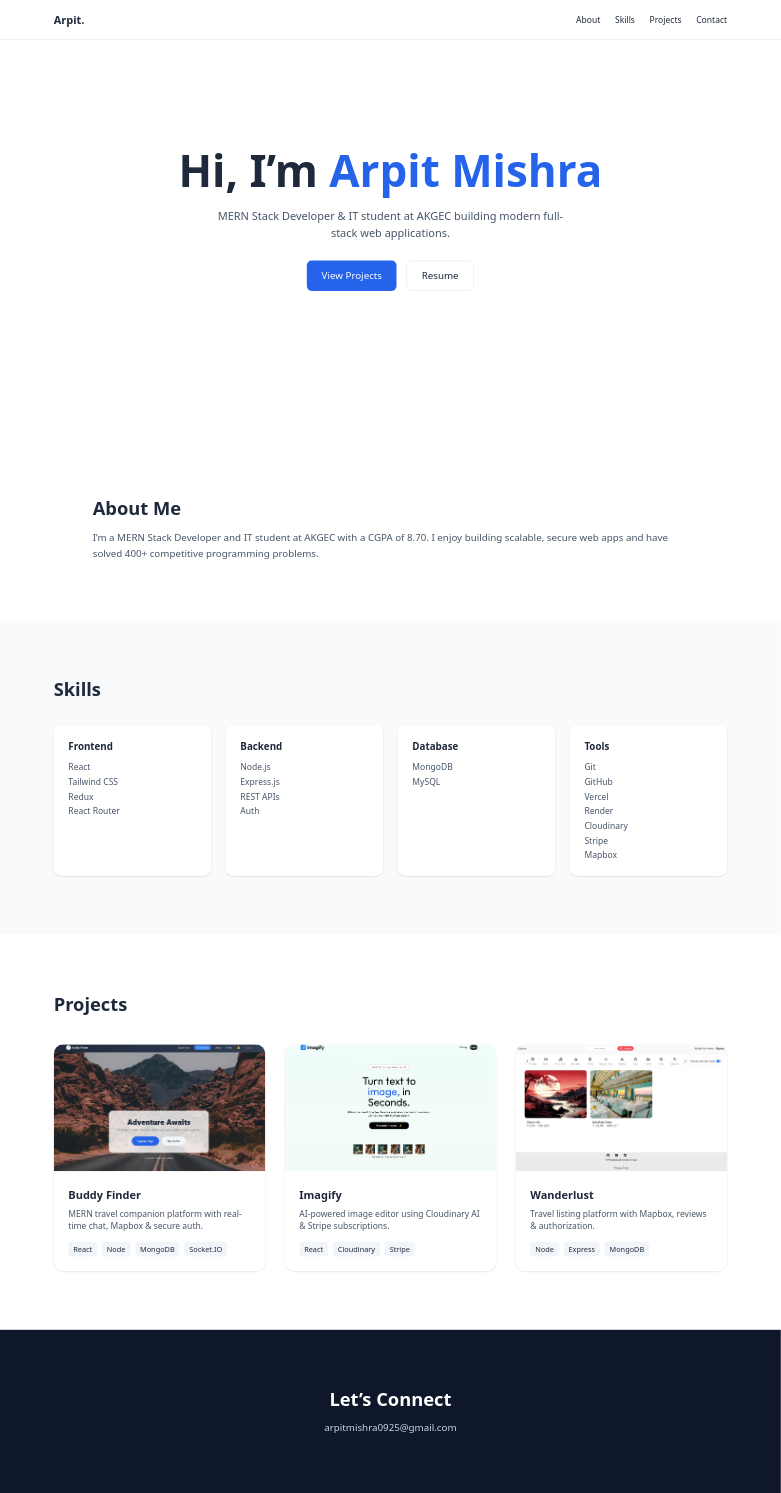
Repository: arpit-925/arpit_portfolio
Page: /
An editor plug-in stored every save of this project. The page is shown before and after the next save, followed by the edit.
The browser window is 1280 px wide. The pictures show the whole page, at 61% of full size.
The project was rebuilt for these pictures with package versions that can differ from the ones it lists, and the page was loaded fresh each time. Also part of the build but not shown: vite.config.js.

Above is the page before, as saved 2026-01-27 14:01:43.

### src/index.css
@tailwind base;
@tailwind components;
@tailwind utilities;

body {
  @apply bg-white text-slate-800;
}

### src/App.jsx
import Navbar from "./components/Navbar";
import Hero from "./components/Hero";
import About from "./components/About";
import Skills from "./components/Skills";
import Projects from "./components/Projects";
import Contact from "./components/Contact";

const App = () => {
  return (
    <>
      <Navbar />
      <Hero />
      <About />
      <Skills />
      <Projects />
      <Contact />
    </>
  );
};

export default App;

### src/components/Navbar.jsx
const Navbar = () => {
  return (
    <nav className="fixed top-0 w-full bg-white/70 backdrop-blur z-50 border-b">
      <div className="max-w-6xl mx-auto px-6 h-16 flex justify-between items-center">
        <h1 className="font-bold text-lg">Arpit.</h1>
        <div className="flex gap-6 text-sm">
          <a href="#about">About</a>
          <a href="#skills">Skills</a>
          <a href="#projects">Projects</a>
          <a href="#contact">Contact</a>
        </div>
      </div>
    </nav>
  );
};

export default Navbar;

### src/components/Hero.jsx
import { motion } from "framer-motion";
import { fadeUp } from "../styles/animations";

const Hero = () => {
  return (
    <section className="min-h-screen flex items-center justify-center text-center px-6">
      <motion.div initial="hidden" animate="visible" variants={fadeUp}>
        <h1 className="text-5xl md:text-7xl font-bold">
          Hi, I’m <span className="text-blue-600">Arpit Mishra</span>
        </h1>
        <p className="mt-6 text-lg max-w-xl mx-auto text-slate-600">
          MERN Stack Developer & IT student at AKGEC building modern full-stack
          web applications.
        </p>

        <div className="mt-8 flex justify-center gap-4">
          <a
            href="#projects"
            className="px-6 py-3 bg-blue-600 text-white rounded-lg"
          >
            View Projects
          </a>
          <a
            href="/resume.pdf"
            className="px-6 py-3 border rounded-lg"
          >
            Resume
          </a>
        </div>
      </motion.div>
    </section>
  );
};

export default Hero;

### src/components/About.jsx
import { motion } from "framer-motion";
import { fadeUp } from "../styles/animations";

const About = () => {
  return (
    <section id="about" className="py-24 px-6 max-w-5xl mx-auto">
      <motion.div initial="hidden" whileInView="visible" variants={fadeUp}>
        <h2 className="text-3xl font-bold mb-4">About Me</h2>
        <p className="text-slate-600 leading-relaxed">
          I’m a MERN Stack Developer and IT student at AKGEC with a CGPA of 8.70.
          I enjoy building scalable, secure web apps and have solved 400+
          competitive programming problems.
        </p>
      </motion.div>
    </section>
  );
};

export default About;

### src/components/Skills.jsx
import { motion } from "framer-motion";
import { skills } from "../data/skills";
import { stagger, fadeUp, hoverCard } from "../styles/animations";

const Skills = () => {
  return (
    <section id="skills" className="py-24 bg-slate-50">
      <div className="max-w-6xl mx-auto px-6">
        <h2 className="text-3xl font-bold mb-10">Skills</h2>

        <motion.div
          variants={stagger}
          initial="hidden"
          whileInView="visible"
          className="grid md:grid-cols-4 gap-6"
        >
          {Object.entries(skills).map(([key, list]) => (
            <motion.div
              key={key}
              variants={fadeUp}
              {...hoverCard}
              className="bg-white p-6 rounded-xl shadow"
            >
              <h3 className="font-semibold mb-3 capitalize">{key}</h3>
              <ul className="text-sm text-slate-600 space-y-1">
                {list.map((s) => (
                  <li key={s}>{s}</li>
                ))}
              </ul>
            </motion.div>
          ))}
        </motion.div>
      </div>
    </section>
  );
};

export default Skills;

### src/components/Projects.jsx
import { motion } from "framer-motion";
import { projects } from "../data/projects";
import { fadeUp, stagger } from "../styles/animations";

const Projects = () => {
  return (
    <section id="projects" className="py-24 px-6 max-w-6xl mx-auto">
      <h2 className="text-3xl font-bold mb-12">Projects</h2>

      <motion.div
        variants={stagger}
        initial="hidden"
        whileInView="visible"
        className="grid md:grid-cols-3 gap-8"
      >
        {projects.map((p) => (
          <motion.div
            key={p.title}
            variants={fadeUp}
            className="group relative bg-white rounded-2xl shadow overflow-hidden"
            whileHover={{ y: -8 }}
            transition={{ type: "spring", stiffness: 200 }}
          >
            {/* IMAGE PREVIEW */}
            <div className="relative h-52 overflow-hidden">
              <img
                src={p.image}
                alt={p.title}
                className="h-full w-full object-cover transition-transform duration-500 group-hover:scale-110"
              />

              {/* DARK OVERLAY */}
              <div className="absolute inset-0 bg-black/60 opacity-0 group-hover:opacity-100 transition-opacity duration-300" />

              {/* HOVER BUTTONS */}
              <div className="absolute inset-0 flex items-center justify-center gap-4 opacity-0 group-hover:opacity-100 transition-opacity duration-300">
                <a
                  href={p.live}
                  target="_blank"
                  className="px-4 py-2 bg-white text-black rounded-md text-sm"
                >
                  Live
                </a>
                <a
                  href={p.github}
                  target="_blank"
                  className="px-4 py-2 border border-white text-white rounded-md text-sm"
                >
                  GitHub
                </a>
              </div>
            </div>

            {/* CONTENT */}
            <div className="p-6">
              <h3 className="font-semibold text-lg">{p.title}</h3>
              <p className="text-slate-600 text-sm mt-2">{p.desc}</p>

              {/* TECH TAGS */}
              <div className="flex flex-wrap gap-2 mt-4">
                {p.tech.map((t) => (
                  <span
                    key={t}
                    className="text-xs px-2 py-1 bg-slate-100 rounded"
                  >
                    {t}
                  </span>
                ))}
              </div>
            </div>
          </motion.div>
        ))}
      </motion.div>
    </section>
  );
};

export default Projects;

### src/components/Contact.jsx
import { motion } from "framer-motion";
import { fadeUp } from "../styles/animations";

const Contact = () => {
  return (
    <section id="contact" className="py-24 bg-slate-900 text-white text-center">
      <motion.div initial="hidden" whileInView="visible" variants={fadeUp}>
        <h2 className="text-3xl font-bold">Let’s Connect</h2>
        <p className="mt-4 text-slate-300">
          arpitmishra0925@gmail.com
        </p>
      </motion.div>
    </section>
  );
};

export default Contact;

### src/data/skills.js
export const skills = {
  frontend: ["React", "Tailwind CSS", "Redux", "React Router"],
  backend: ["Node.js", "Express.js", "REST APIs", "Auth"],
  database: ["MongoDB", "MySQL"],
  tools: ["Git", "GitHub", "Vercel", "Render", "Cloudinary", "Stripe", "Mapbox"],
};

### src/data/projects.js
import buddyfinder from "../assets/projects/buddyfinder.png";
import imagify from "../assets/projects/imagify.png";
import wanderlust from "../assets/projects/wanderlust.png";

export const projects = [
  {
    title: "Buddy Finder",
    desc: "MERN travel companion platform with real-time chat, Mapbox & secure auth.",
    tech: ["React", "Node", "MongoDB", "Socket.IO"],
    image: buddyfinder,
    live: "https://buddyfinder-du2b.vercel.app/",
    github: "https://github.com/arpit-925/Buddy_Finder",
  },
  {
    title: "Imagify",
    desc: "AI-powered image editor using Cloudinary AI & Stripe subscriptions.",
    tech: ["React", "Cloudinary", "Stripe"],
    image: imagify,
    live: "https://picto-text-front.onrender.com/",
    github: "https://github.com/arpit-925/Imagify",
  },
  {
    title: "Wanderlust",
    desc: "Travel listing platform with Mapbox, reviews & authorization.",
    tech: ["Node", "Express", "MongoDB"],
    image: wanderlust,
    live: "https://stayhub-on26.onrender.com/",
    github: "https://github.com/arpit-925/Wanderlust",
  },
];

Loaded but not shown: src/main.jsx (common file); tailwind.config.js (common file); src/styles/animations.js (no copy from this time; the picture is the same without it)

After the next save:
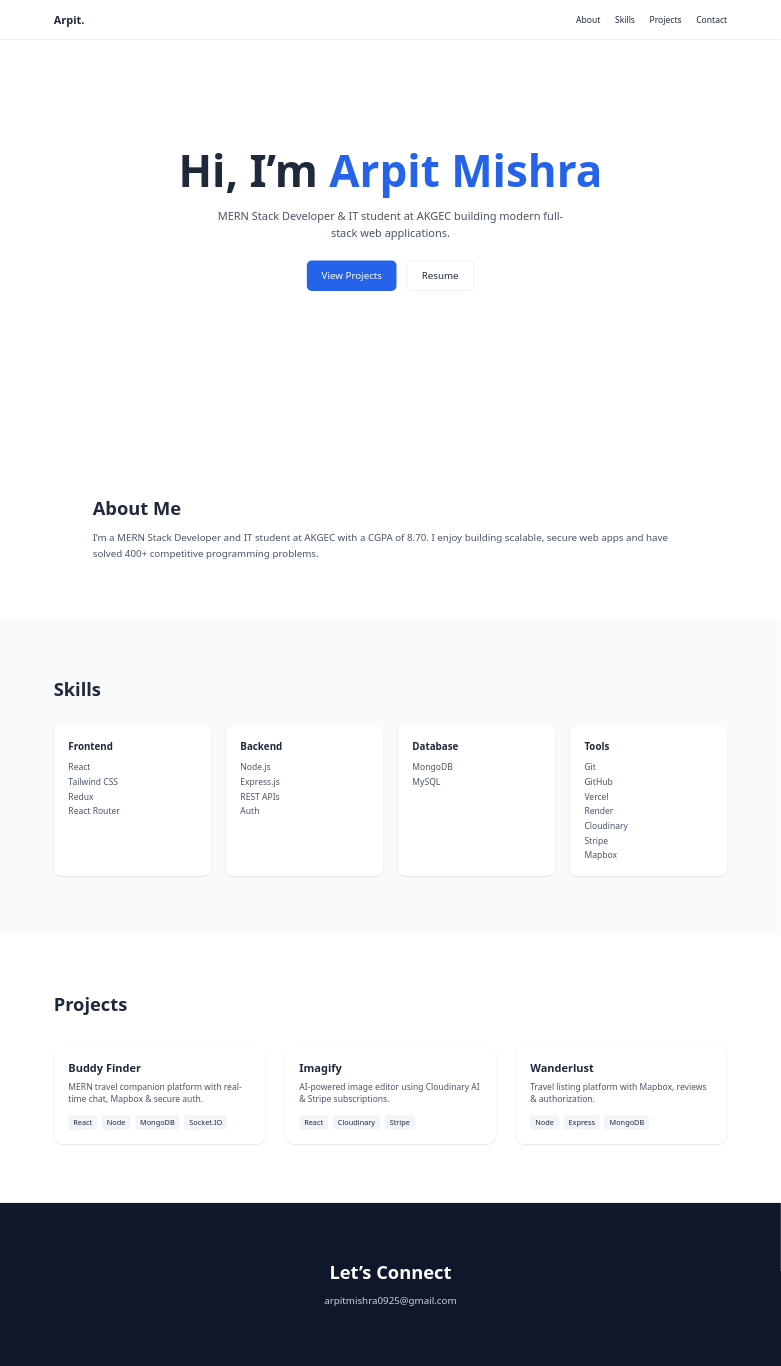
Saved 35 s later.
--- a/src/components/Projects.jsx
+++ b/src/components/Projects.jsx
@@ -1,11 +1,36 @@
+import { useState } from "react";
 import { motion } from "framer-motion";
 import { projects } from "../data/projects";
 import { fadeUp, stagger } from "../styles/animations";
 
 const Projects = () => {
+  const [preview, setPreview] = useState(null);
+  const [pos, setPos] = useState({ x: 0, y: 0 });
+
+  const handleMove = (e) => {
+    setPos({
+      x: e.clientX + 20,
+      y: e.clientY + 20,
+    });
+  };
+
   return (
-    <section id="projects" className="py-24 px-6 max-w-6xl mx-auto">
+    <section id="projects" className="py-24 px-6 max-w-6xl mx-auto relative">
       <h2 className="text-3xl font-bold mb-12">Projects</h2>
+
+      {/* FLOATING PREVIEW */}
+      {preview && (
+        <motion.img
+          src={preview}
+          alt="preview"
+          className="fixed z-50 w-72 rounded-xl shadow-2xl pointer-events-none"
+          style={{ top: pos.y, left: pos.x }}
+          initial={{ opacity: 0, scale: 0.8, rotate: -6 }}
+          animate={{ opacity: 1, scale: 1, rotate: 0 }}
+          exit={{ opacity: 0 }}
+          transition={{ type: "spring", stiffness: 200 }}
+        />
+      )}
 
       <motion.div
         variants={stagger}
@@ -17,56 +42,23 @@ const Projects = () => {
           <motion.div
             key={p.title}
             variants={fadeUp}
-            className="group relative bg-white rounded-2xl shadow overflow-hidden"
-            whileHover={{ y: -8 }}
-            transition={{ type: "spring", stiffness: 200 }}
+            onMouseEnter={() => setPreview(p.image)}
+            onMouseLeave={() => setPreview(null)}
+            onMouseMove={handleMove}
+            className="bg-white rounded-2xl shadow p-6 cursor-pointer hover:-translate-y-2 transition-transform"
           >
-            {/* IMAGE PREVIEW */}
-            <div className="relative h-52 overflow-hidden">
-              <img
-                src={p.image}
-                alt={p.title}
-                className="h-full w-full object-cover transition-transform duration-500 group-hover:scale-110"
-              />
+            <h3 className="font-semibold text-lg">{p.title}</h3>
+            <p className="text-slate-600 text-sm mt-2">{p.desc}</p>
 
-              {/* DARK OVERLAY */}
-              <div className="absolute inset-0 bg-black/60 opacity-0 group-hover:opacity-100 transition-opacity duration-300" />
-
-              {/* HOVER BUTTONS */}
-              <div className="absolute inset-0 flex items-center justify-center gap-4 opacity-0 group-hover:opacity-100 transition-opacity duration-300">
-                <a
-                  href={p.live}
-                  target="_blank"
-                  className="px-4 py-2 bg-white text-black rounded-md text-sm"
+            <div className="flex flex-wrap gap-2 mt-4">
+              {p.tech.map((t) => (
+                <span
+                  key={t}
+                  className="text-xs px-2 py-1 bg-slate-100 rounded"
                 >
-                  Live
-                </a>
-                <a
-                  href={p.github}
-                  target="_blank"
-                  className="px-4 py-2 border border-white text-white rounded-md text-sm"
-                >
-                  GitHub
-                </a>
-              </div>
-            </div>
-
-            {/* CONTENT */}
-            <div className="p-6">
-              <h3 className="font-semibold text-lg">{p.title}</h3>
-              <p className="text-slate-600 text-sm mt-2">{p.desc}</p>
-
-              {/* TECH TAGS */}
-              <div className="flex flex-wrap gap-2 mt-4">
-                {p.tech.map((t) => (
-                  <span
-                    key={t}
-                    className="text-xs px-2 py-1 bg-slate-100 rounded"
-                  >
-                    {t}
-                  </span>
-                ))}
-              </div>
+                  {t}
+                </span>
+              ))}
             </div>
           </motion.div>
         ))}
